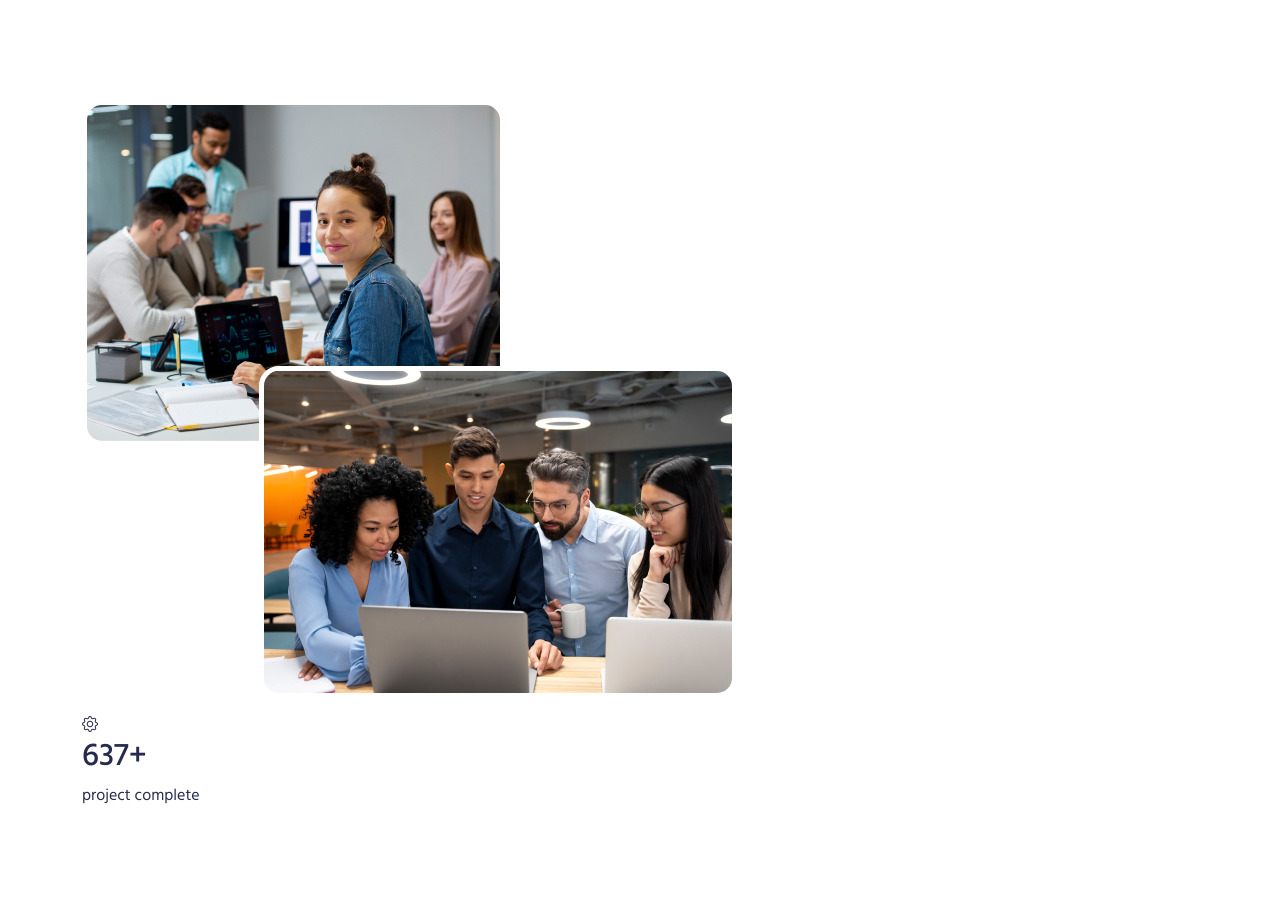
Repository: tagnam/mirehel2.0
Page: about.html
An editor plug-in stored every save of this project. The page is shown before and after a run of saves, followed by the edit.
The browser window is 1280 px wide. The pictures show the whole page.

Above is the page before, as saved 2025-02-03 12:00:16.

After the next 2 saves:
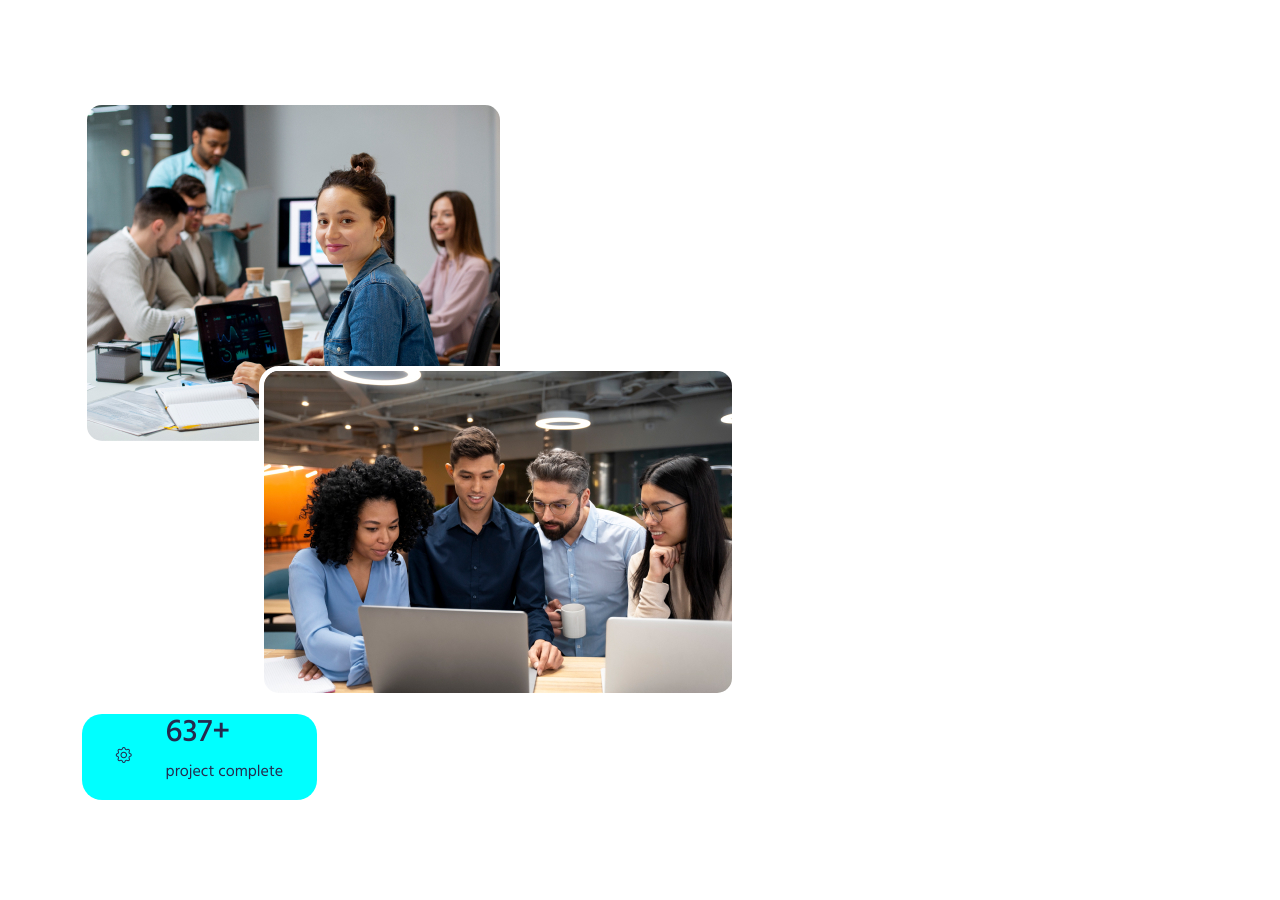
The 2 saves are shown as one change because they came seconds apart.
The last was saved 3 min 15 s later.
--- a/style/css/style.css
+++ b/style/css/style.css
@@ -452,5 +452,10 @@ linear-gradient(180deg, red 0%, #00000000 90.04%) border-box;
 }
 
 .project-counter{
-
-}
+    width: 235px;
+    background-color: aqua;
+    display: flex;
+    justify-content: space-evenly;
+    border-radius: 20px;
+    align-items: center;
+}
